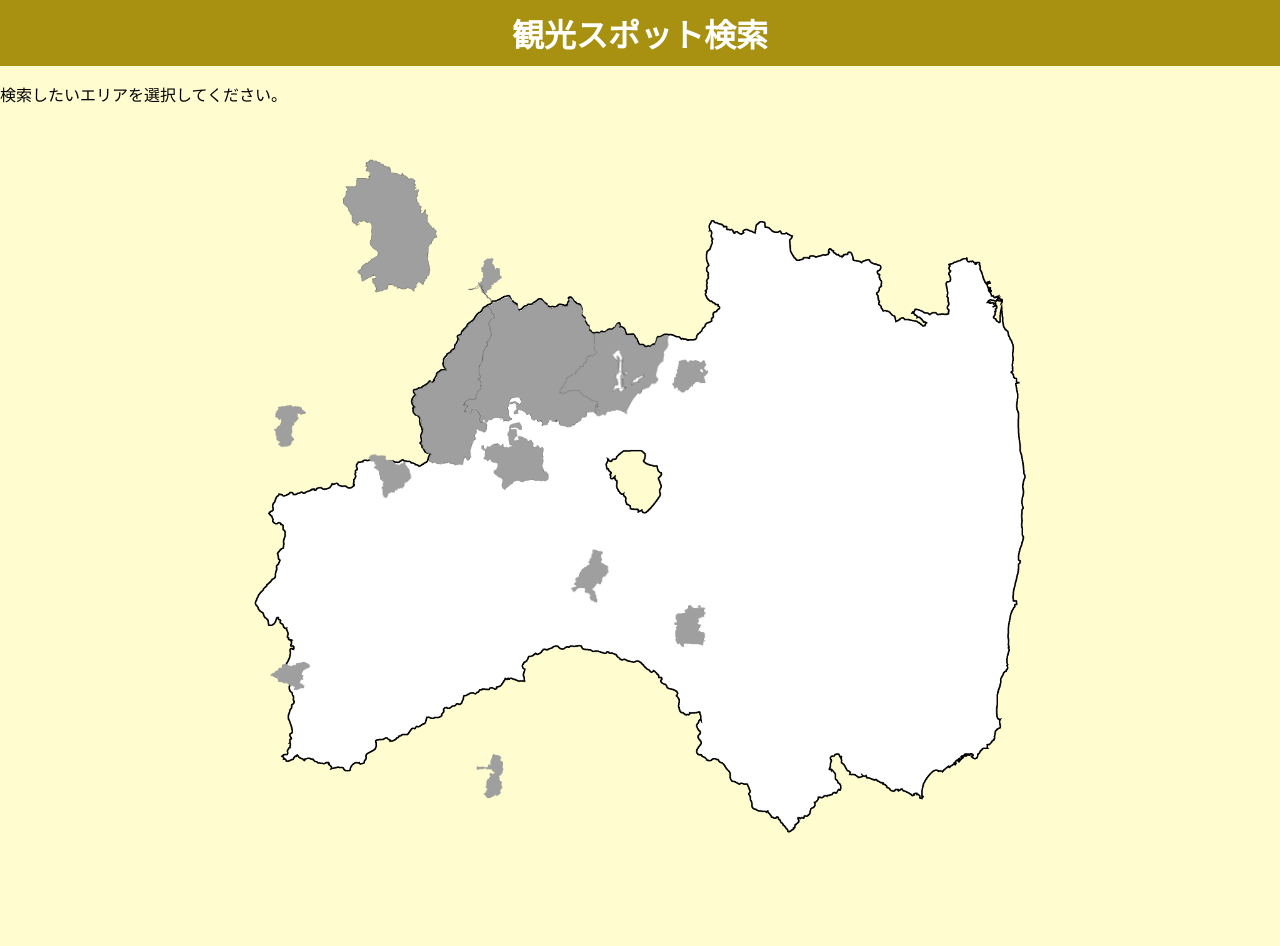
Repository: ryoutana/tanaryou.github.io
Page: Downloads/project/index.html
The author's editor kept a copy of each file at every save. The page is drawn from the files as they stood at one save, then again after a run of saves.
The browser window is 1280 px wide. The pictures show the whole page.

Above is the page before, as saved 2025-04-29 12:51:51.

After the next 2 saves:
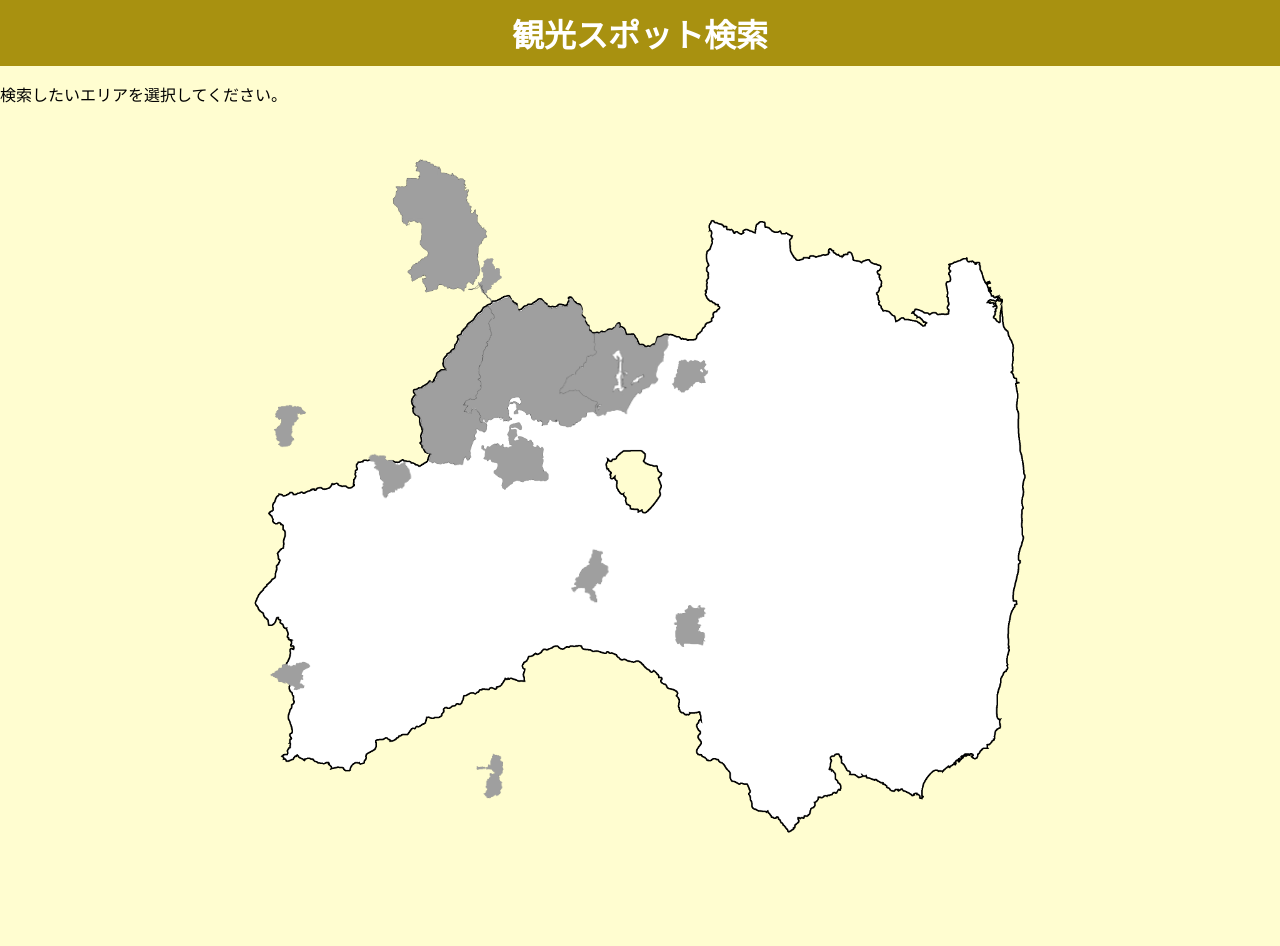
The 2 saves are shown as one change because they came seconds apart.
The last was saved 11 s later.
--- a/Downloads/project/script.js
+++ b/Downloads/project/script.js
@@ -3,7 +3,7 @@
 // スポットデータ（座標は地図画像内の相対的なピクセル位置）
 const spots = [
     { name: '会津坂下町', img: '会津坂下町(白地図).png', x: 275, y: 330, width: 80 },
-    { name: '会津若松市', img: '会津若松市(白地図).png', x: 150, y: 100, width: 150 },
+    { name: '会津若松市', img: '会津若松市(白地図).png', x: 200, y: 100, width: 150 },
     { name: '会津美里町', img: '会津美里町(白地図).png', x: 250, y: 150, width: 40 },
     { name: '喜多方市', img: '喜多方市(白地図).png', x: 291, y: 230, width: 170 },
     { name: '金山町', img: '金山町(白地図).png', x: 450, y: 250, width: 45 },
